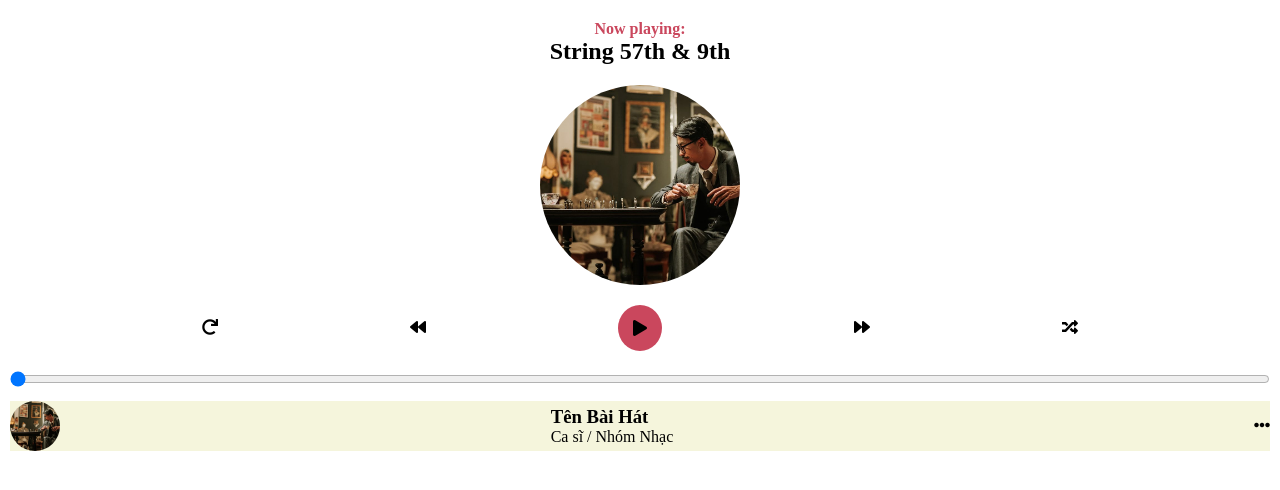
Repository: dovanthao2404/AppMusicPlayer
Page: index.html
The author's editor kept a copy of each file at every save. The page is drawn from the files as they stood at one save, then again after the next save.
The browser window is 1280 px wide. The pictures show the whole page.

Above is the page before, as saved 2021-06-28 02:28:34.

After the next save:
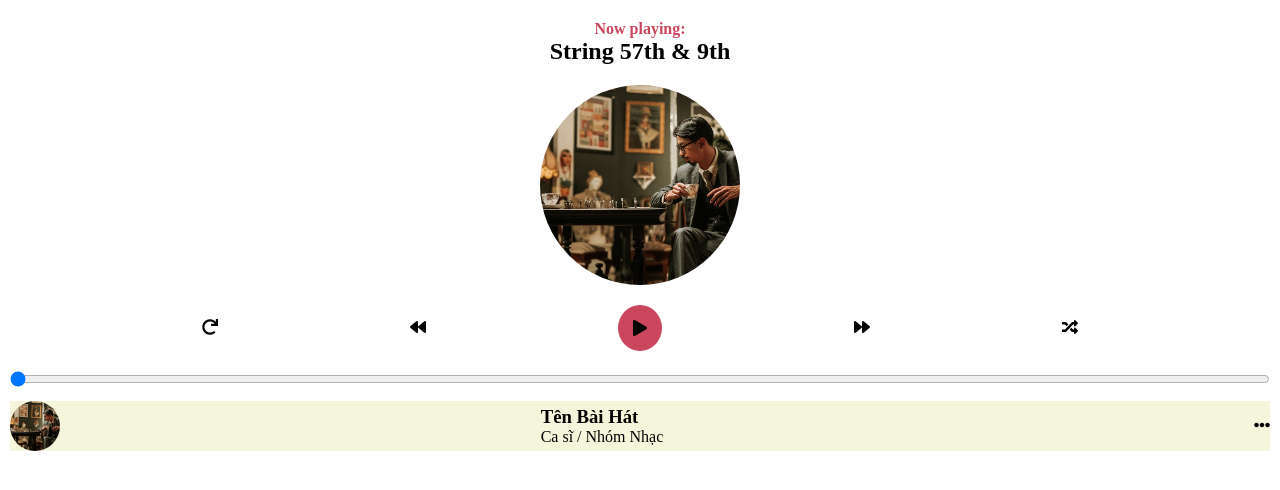
Saved 5 s later.
--- a/css/app.css
+++ b/css/app.css
@@ -68,5 +68,5 @@ header h4 {
   object-fit: cover;
 }
 .song .body {
-  margin-left: -90px;
+  margin-left: -110px;
 }
